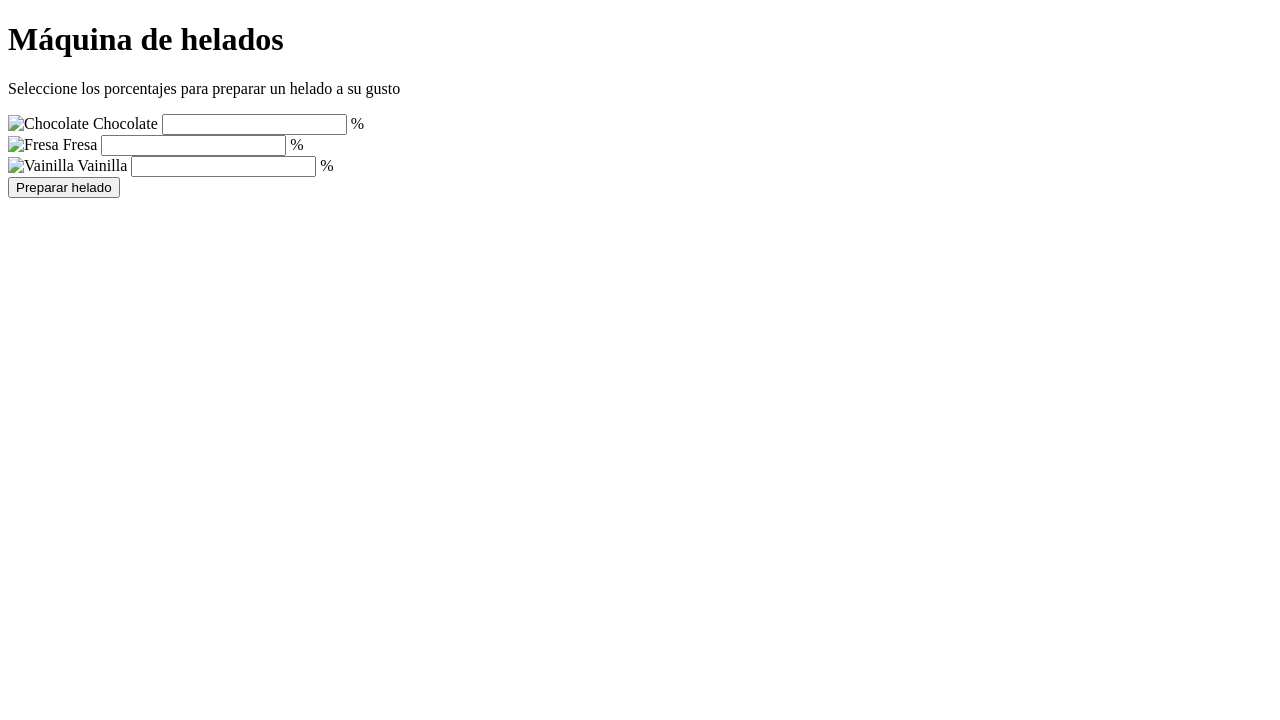
Repository: Ibizus/ejercicios_JSP
Page: http://localhost/ejercicios_Hector/ejercicio10/index.jsp
These files come from the project's save history. The page is drawn as it stood at one moment and after the next save; the edit follows.
The browser window is 1280 px wide. The pictures show the whole page.
The page is served by Tomcat 9.

Above is the page before, as saved 2023-11-16 08:53:48.

### ejercicios_Hector/src/main/webapp/ejercicio10/index.jsp
<%@ page language="java" contentType="text/html; charset=UTF-8"
    pageEncoding="UTF-8"%>
<!DOCTYPE html>
<html>
<head>
<meta charset="UTF-8">
<title>Ejercicio 10</title>
</head>
<body>
	<h1>Máquina de helados</h1>
	<p>Seleccione los porcentajes para preparar un helado a su gusto</p>


	<form method="post" action="helado.jsp">

		<article>
			<img alt="Chocolate" src="">
			Chocolate <input type="text" name="choc"> %
		</article>
		<article>
			<img alt="Fresa" src="">
			Fresa <input type="text" name="fresa"> %
		</article>
		<article>
			<img alt="Vainilla" src="">
			Vainilla <input type="text" name="vainilla"> %
		</article>

	<input type="submit" value="Preparar helado">
	</form>






</body>
</html>

After the next save:
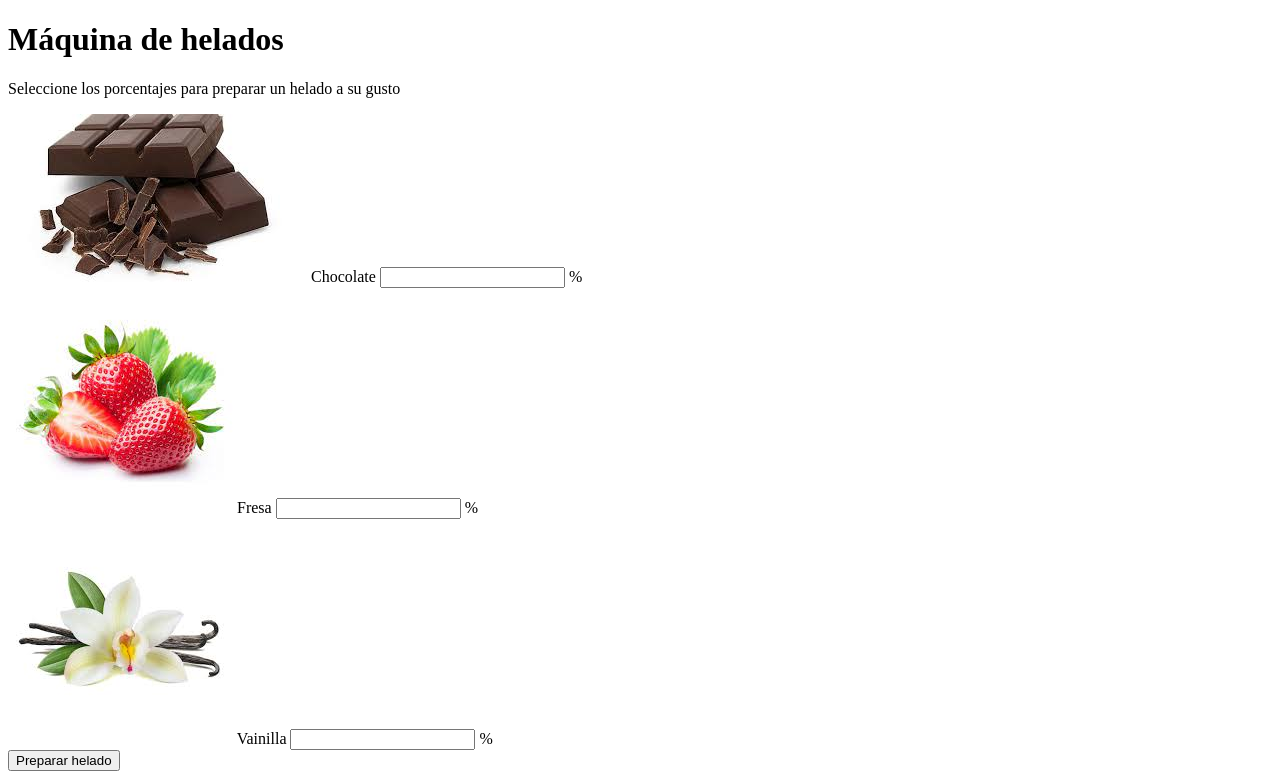
Saved 73 s later.
--- a/ejercicios_Hector/src/main/webapp/ejercicio10/index.jsp
+++ b/ejercicios_Hector/src/main/webapp/ejercicio10/index.jsp
@@ -14,15 +14,15 @@
 	<form method="post" action="helado.jsp">
 
 		<article>
-			<img alt="Chocolate" src="">
+			<img alt="Chocolate" src="images/chocolate.jpeg">
 			Chocolate <input type="text" name="choc"> %
 		</article>
 		<article>
-			<img alt="Fresa" src="">
+			<img alt="Fresa" src="images/fresa.jpeg">
 			Fresa <input type="text" name="fresa"> %
 		</article>
 		<article>
-			<img alt="Vainilla" src="">
+			<img alt="Vainilla" src="images/vainilla.jpeg">
 			Vainilla <input type="text" name="vainilla"> %
 		</article>
 
